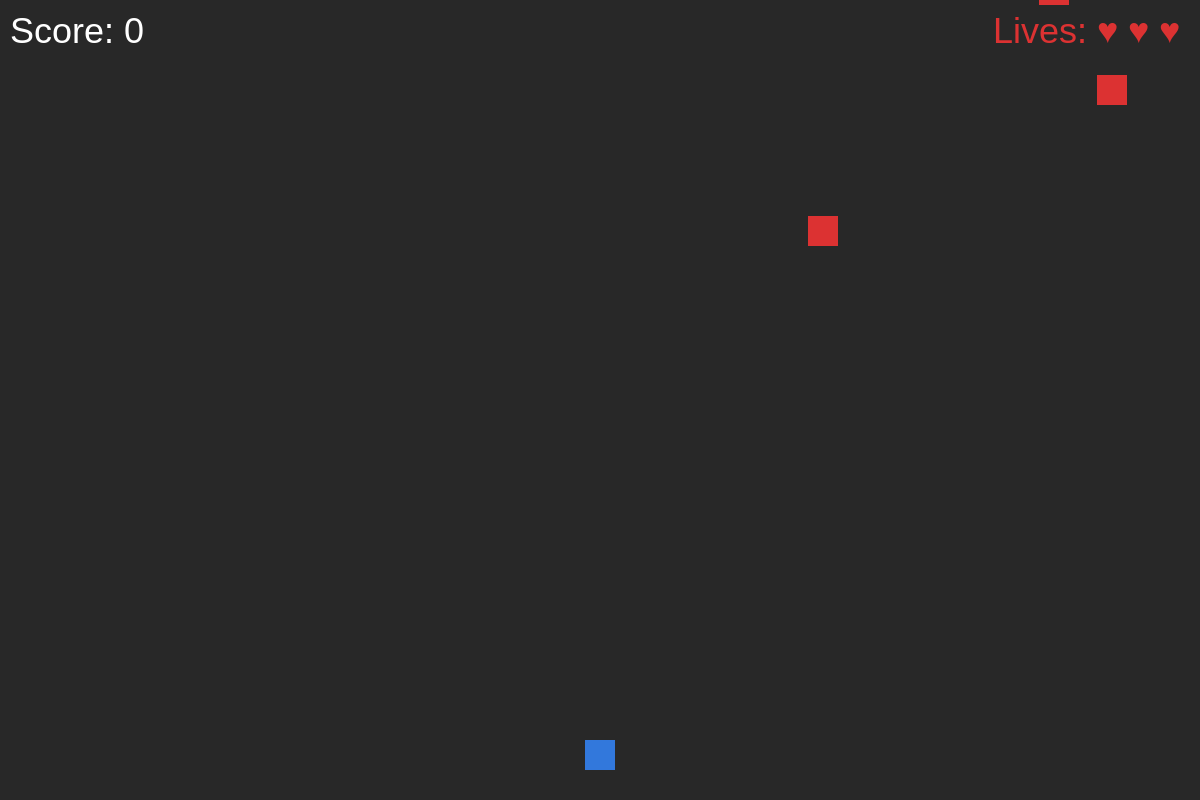
Repository: Magodang/20260181
Script's output: python week5fd/week5.py
The author's editor kept a copy of each file at every save. The script's output is drawn from the files as they stood at one save, then again after the next save.
The window is shown after at most 60 frames with no key pressed. A system font it names is replaced by a similar one. Random numbers start from a fixed seed.

Above is the script's output before, as saved 2026-03-31 14:56:37.

### week5fd/week5.py
import pygame
import random
import sys

pygame.init()

def get_korean_font(size):
    candidates = ["malgungothic", "applegothic", "nanumgothic", "notosanscjk"]
    for name in candidates:
        font = pygame.font.SysFont(name, size)
        if font.get_ascent() > 0:
            return font
    return pygame.font.SysFont(None, size)

WIDTH, HEIGHT = 1200, 800
FPS = 60

WHITE  = (255, 255, 255)
BLUE   = (50, 120, 220)
RED    = (220, 50, 50)
GREEN  = (0, 200, 0)
GRAY   = (40, 40, 40)

screen = pygame.display.set_mode((WIDTH, HEIGHT))
pygame.display.set_caption("Dodger")
clock = pygame.time.Clock()
font = get_korean_font(36)
font_big = get_korean_font(72)

PLAYER_W, PLAYER_H = 30, 30
ENEMY_W,  ENEMY_H  = 30, 30

MIN_SPEED = 5
MAX_SPEED = 8

def get_spawn_delay(score):
    if score >= 300:
        return 10
    elif score >= 120:
        return 15
    else:
        return 20

def spawn_enemy(score):
    rand = random.random()

    # ===== 회복 박스 (최우선) =====
    if score >= 120 and rand < 0.03:
        w = ENEMY_W
        h = ENEMY_H
        speed = random.randint(MIN_SPEED, MAX_SPEED)
        enemy_type = "heal"

    # ===== 빠른 작은 적 =====
    elif score >= 120 and rand < 0.08:  # 0.03 이후 구간
        w = int(ENEMY_W * 0.7)
        h = int(ENEMY_H * 0.7)
        speed = int(random.randint(MIN_SPEED, MAX_SPEED) * 1.5)
        enemy_type = "fast"

    # ===== 큰 적 =====
    elif score >= 50 and rand < 0.11:
        w = ENEMY_W * 4
        h = ENEMY_H * 4
        speed = int(random.randint(MIN_SPEED, MAX_SPEED) * 0.5)
        enemy_type = "big"

    # ===== 기본 적 =====
    else:
        w = ENEMY_W
        h = ENEMY_H
        speed = random.randint(MIN_SPEED, MAX_SPEED)
        enemy_type = "normal"

    x = random.randint(0, WIDTH - w)
    return pygame.Rect(x, -h, w, h), speed, enemy_type


def draw_hud(score, lives):
    screen.blit(font.render(f"Score: {score}", True, WHITE), (10, 10))
    life_text = font.render(f"Lives: {'♥ ' * lives}", True, RED)
    screen.blit(life_text, (WIDTH - life_text.get_width() - 10, 10))


def game_over_screen(score):
    screen.fill(GRAY)
    screen.blit(font_big.render("GAME OVER", True, RED), (220, 220))
    screen.blit(font.render(f"Score: {score}", True, WHITE), (350, 310))
    screen.blit(font.render("R: Restart   Q: Quit", True, WHITE), (270, 360))
    pygame.display.flip()
    while True:
        for e in pygame.event.get():
            if e.type == pygame.QUIT:
                pygame.quit(); sys.exit()
            if e.type == pygame.KEYDOWN:
                if e.key == pygame.K_r: return True
                if e.key == pygame.K_q: pygame.quit(); sys.exit()


def main():
    player = pygame.Rect(WIDTH // 2 - PLAYER_W // 2, HEIGHT - 60, PLAYER_W, PLAYER_H)
    enemies = []
    score = 0
    lives = 3
    spawn_timer = 0
    invincible = 0

    while True:
        clock.tick(FPS)

        for e in pygame.event.get():
            if e.type == pygame.QUIT:
                pygame.quit(); sys.exit()

        keys = pygame.key.get_pressed()
        if keys[pygame.K_LEFT]  and player.left  > 0:     player.x -= 5
        if keys[pygame.K_RIGHT] and player.right < WIDTH: player.x += 5
        if keys[pygame.K_UP]    and player.top   > 0:     player.y -= 5
        if keys[pygame.K_DOWN]  and player.bottom < HEIGHT: player.y += 5

        spawn_timer += 1
        if spawn_timer >= get_spawn_delay(score):
            spawn_timer = 0
            rect, speed, etype = spawn_enemy(score)
            enemies.append([rect, speed, etype])

        survived = []
        for rect, speed, etype in enemies:
            rect.y += speed

            if rect.top < HEIGHT:
                survived.append([rect, speed, etype])
            else:
                if etype == "big":
                    score += 5
                elif etype == "fast":
                    score += 3
                else:
                    score += 1

        enemies = survived

        if invincible > 0:
            invincible -= 1
        else:
            for rect, speed, etype in enemies:
                if player.colliderect(rect):

                    if etype == "heal":
                        lives = min(3, lives + 1)

                    else:
                        lives -= 1
                        invincible = 90
                        enemies.clear()

                    if lives <= 0:
                        if game_over_screen(score):
                            main()
                        return
                    break

        screen.fill(GRAY)

        blink = (invincible // 10) % 2 == 0
        if blink:
            pygame.draw.rect(screen, BLUE, player)

        for rect, speed, etype in enemies:
            if etype == "heal":
                pygame.draw.rect(screen, GREEN, rect)
            else:
                pygame.draw.rect(screen, RED, rect)

        draw_hud(score, lives)
        pygame.display.flip()

main()

After the next save:
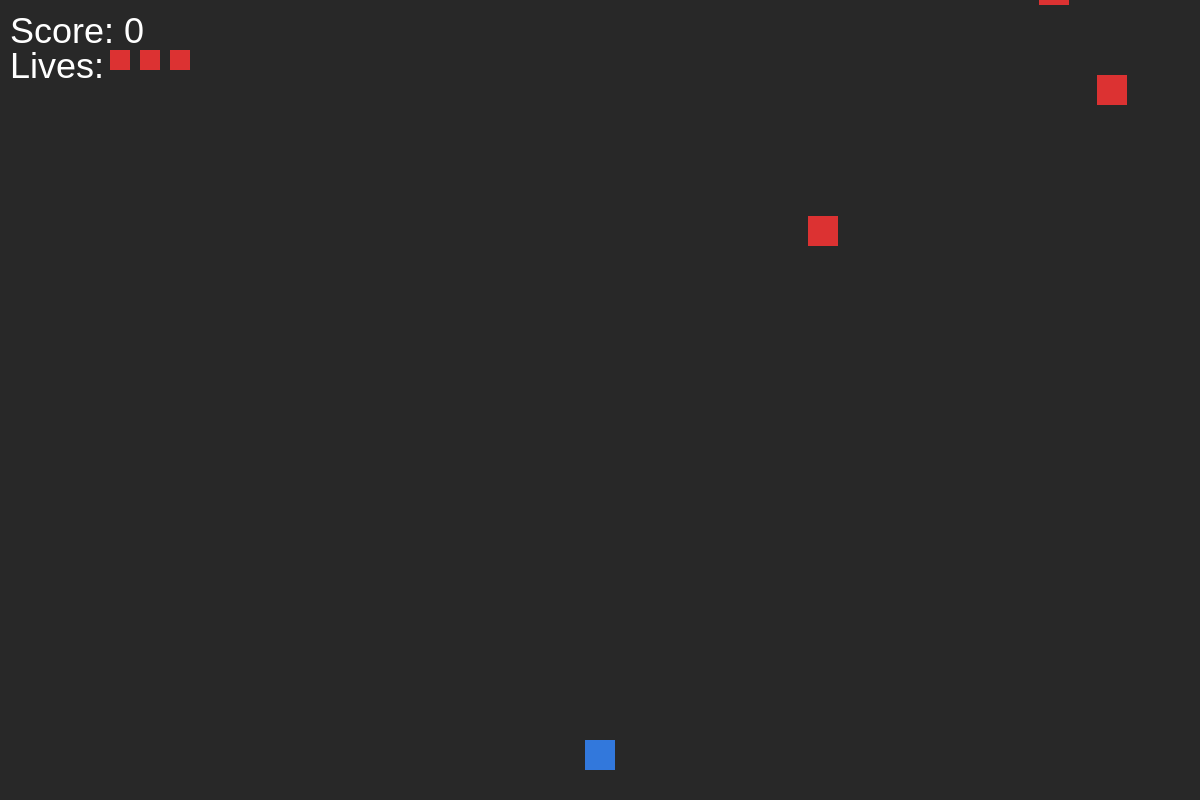
Saved 6 min 36 s later.
--- a/week5fd/week5.py
+++ b/week5fd/week5.py
@@ -44,42 +44,65 @@ def get_spawn_delay(score):
 def spawn_enemy(score):
     rand = random.random()
 
-    # ===== 회복 박스 (최우선) =====
+    # ===== 확률 설정 =====
+    if score >= 200:
+        fast_prob = 0.10
+        big_prob = 0.06
+    else:
+        fast_prob = 0.05
+        big_prob = 0.03
+
+    # ===== 회복 박스 =====
     if score >= 120 and rand < 0.03:
-        w = ENEMY_W
+        w, h = ENEMY_W, ENEMY_H
+        speed = random.randint(MIN_SPEED, MAX_SPEED)
+        etype = "heal"
+
+    # ===== 가로 긴 박스 =====
+    elif score >= 200 and rand < 0.08:  # 0.03 + 0.05
+        w = ENEMY_W * 4
         h = ENEMY_H
-        speed = random.randint(MIN_SPEED, MAX_SPEED)
-        enemy_type = "heal"
-
-    # ===== 빠른 작은 적 =====
-    elif score >= 120 and rand < 0.08:  # 0.03 이후 구간
+        speed = int(random.randint(MIN_SPEED, MAX_SPEED) * 0.5)
+        etype = "wide"
+
+    # ===== 빠른 작은 박스 =====
+    elif score >= 120 and rand < 0.08 + fast_prob:
         w = int(ENEMY_W * 0.7)
         h = int(ENEMY_H * 0.7)
         speed = int(random.randint(MIN_SPEED, MAX_SPEED) * 1.5)
-        enemy_type = "fast"
-
-    # ===== 큰 적 =====
-    elif score >= 50 and rand < 0.11:
+        etype = "fast"
+
+    # ===== 큰 박스 =====
+    elif score >= 50 and rand < 0.08 + fast_prob + big_prob:
         w = ENEMY_W * 4
         h = ENEMY_H * 4
         speed = int(random.randint(MIN_SPEED, MAX_SPEED) * 0.5)
-        enemy_type = "big"
-
-    # ===== 기본 적 =====
+        etype = "big"
+
+    # ===== 기본 =====
     else:
-        w = ENEMY_W
-        h = ENEMY_H
+        w, h = ENEMY_W, ENEMY_H
         speed = random.randint(MIN_SPEED, MAX_SPEED)
-        enemy_type = "normal"
+        etype = "normal"
 
     x = random.randint(0, WIDTH - w)
-    return pygame.Rect(x, -h, w, h), speed, enemy_type
-
-
+    return pygame.Rect(x, -h, w, h), speed, etype
+
+
+# ===== HUD 수정 =====
 def draw_hud(score, lives):
     screen.blit(font.render(f"Score: {score}", True, WHITE), (10, 10))
-    life_text = font.render(f"Lives: {'♥ ' * lives}", True, RED)
-    screen.blit(life_text, (WIDTH - life_text.get_width() - 10, 10))
+
+    # Lives 텍스트
+    screen.blit(font.render("Lives:", True, WHITE), (10, 45))
+
+    # 하트 (오른쪽부터 감소)
+    for i in range(3):
+        x = 110 + i * 30
+        if i < lives:
+            pygame.draw.rect(screen, RED, (x, 50, 20, 20))
+        else:
+            pygame.draw.rect(screen, (80, 80, 80), (x, 50, 20, 20))
 
 
 def game_over_screen(score):
@@ -148,7 +171,6 @@ def main():
 
                     if etype == "heal":
                         lives = min(3, lives + 1)
-
                     else:
                         lives -= 1
                         invincible = 90
